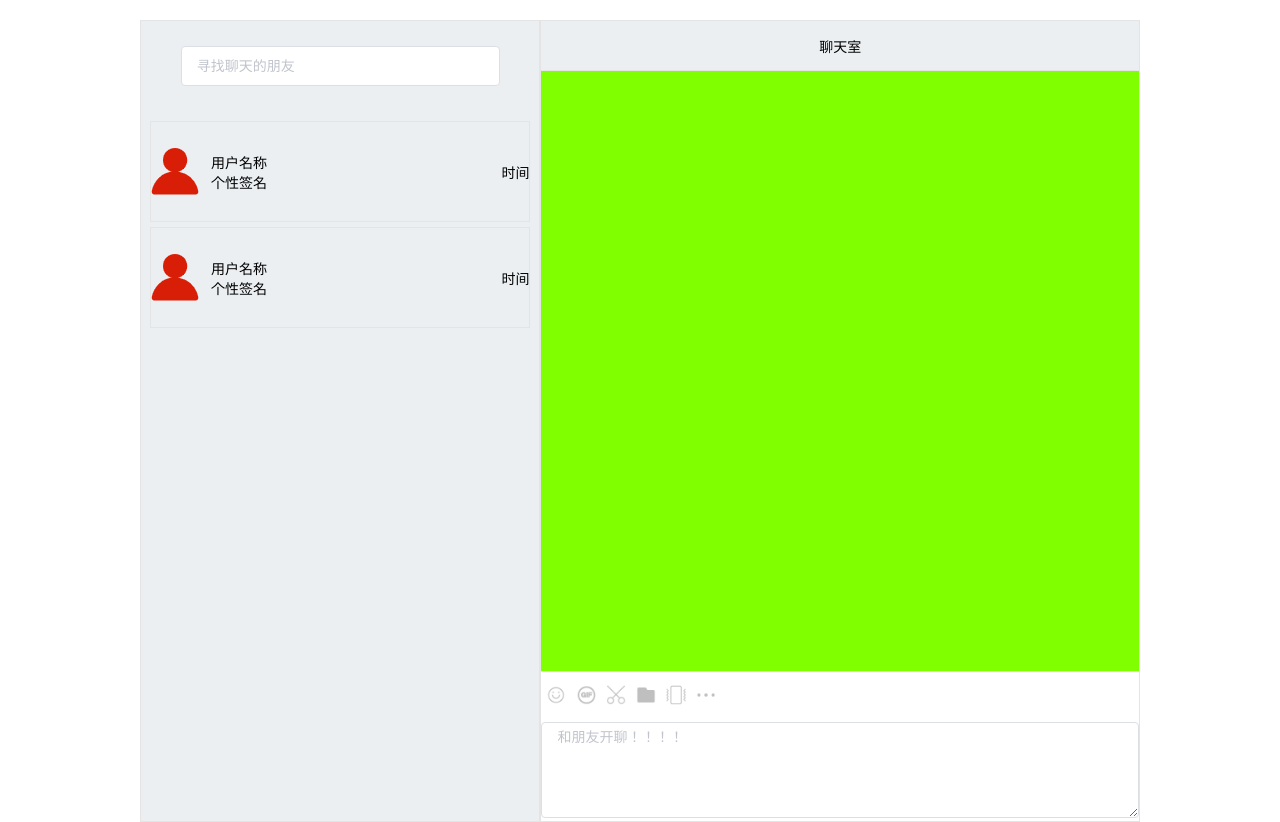
Repository: jinggegeZ/livechat
Page: /
These files come from the project's save history. The page is drawn as it stood at one moment and after the next save; the edit follows.
The browser window is 1280 px wide. The pictures show the whole page.
The project was rebuilt for these pictures with package versions that can differ from the ones it lists, and the page was loaded fresh each time.

Above is the page before, as saved 2020-08-17 13:12:43.

### src/main.js
import Vue from 'vue'
import App from './App.vue'
import router from './router'
import store from './store'
import ElementUI from 'element-ui';
import 'element-ui/lib/theme-chalk/index.css';

Vue.config.productionTip = false
Vue.use(ElementUI);
new Vue({
  router,
  store,
  render: h => h(App)

}).$mount('#app')

### src/App.vue
<template>
  <div id="app">

    <router-view/>
  </div>
</template>

<style lang="scss">
*{
  margin: 0;
  padding: 0;
}
</style>

### src/views/Home.vue
<template>
  <div class="content">
    <div class="content-c">
      <div class="box">
        <!-- 用户信息 -->
        <div class="box1">
          <!-- 搜索用户名字 -->
          <div class="boxsearch">
          <div class="boxsearch1"><el-input v-model="input" placeholder="寻找聊天的朋友"></el-input></div>
          </div>
          <!-- 信息盒子 -->
          <div class="msgbox">
            <div class="box1-1">
              <div class="box1-1-1">
                <!-- 头像 -->
                <div class="img">
                  <img src="../../public/image/active-my.png" alt />
                </div>
                <!-- 用户信息 -->
                <div>
                  <div>用户名称</div>
                  <div>个性签名</div>
                </div>
              </div>
              <!-- 时间 -->
              <div>时间</div>
            </div>
          </div>
           <div class="msgbox">
            <div class="box1-1">
              <div class="box1-1-1">
                <!-- 头像 -->
                <div class="img">
                  <img src="../../public/image/active-my.png" alt />
                </div>
                <!-- 用户信息 -->
                <div>
                  <div>用户名称</div>
                  <div>个性签名</div>
                </div>
              </div>
              <!-- 时间 -->
              <div>时间</div>
            </div>
          </div>
        </div>
        <!-- 聊天信息 -->
        <div class="box2">
          <div class="box2-1">
            <div class="box2-1-top">聊天室</div>
            <div class="box2-1-body"></div>
          </div>
          <div class="box2-2">
            <div class="box2-2-1">
              <div>
                <img class="img1" src="../../public/image/small.png" alt />
              </div>
              <div>
                <img class="img1" src="../../public/image/GIF.png" alt />
              </div>
              <div>
                <img class="img1" src="../../public/image/chose.png" alt />
              </div>
              <div>
                <img class="img1" src="../../public/image/word.png" alt />
              </div>
              <div>
                <img class="img1" src="../../public/image/move.png" alt />
              </div>
              <div>
                <img class="img1" src="../../public/image/more.png" alt />
              </div>
            </div>
            <div class="box2-2-2">
              <el-input
                type="textarea"
                v-model="textarea"
                placeholder="和朋友开聊！！！！"
                :autosize="{ minRows: 4, maxRows: 8}"
              ></el-input>
            </div>
          </div>
        </div>
      </div>
    </div>
  </div>
</template>

<script>
export default {
  name: "",
  props: {},
  components: {},
  data() {
    return {
      input: "",
      textarea: "",
    };
  },
  methods: {},
  mounted() {},
  watch: {},
  computed: {},
};
</script>

<style scoped lang='scss'>
.content {
  width: 100%;
  display: flex;
  justify-content: center;
  font-size: 14px;
}
.content-c {
  width: 95%;
  display: flex;
  justify-content: center;
  align-items: center;
}
.box {
  width: 1000px;
  height: 800px;
  background: white;
  display: flex;
  margin-top: 20px;

}
.box1 {
  flex: 4;
  height: 100%;
  border: 1px solid rgb(228, 228, 228);
  background: rgb(235,239,242);
}
.boxsearch {
  width: 100%;
  height: 100px;
  display: flex;
  justify-content: center;
  align-items: center;
  background: rgb(235,239,242);
}
.boxsearch1 {
  width: 80%;
  height: 50px;
}
.msgbox {
  display: flex;
  justify-content: center;
  margin-bottom: 5px;
}
.box1-1 {
  width: 95%;
  height: 99px;
  border: 1px solid rgb(228, 228, 228);
  display: flex;
  align-items: center;
  justify-content: space-between;
}
.box1-1-1 {
  display: flex;
  align-items: center;
  height: 100%;
}
.img {
  width: 50px;
  height: 50px;
  border-radius: 50%;
  margin-right: 10px;
}
.img1 {
  width: 20px;
  height: 20px;
  margin: 5px;
}
.box2 {
  flex: 6;
  height: 100%;
  position: relative;
  border: 1px solid rgb(228, 228, 228);
}
.box2-2 {
  position: absolute;
  bottom: 0;
  width: 100%;
  height: 149px;
  z-index: 1;
  border-top: 1px solid rgb(228, 228, 228);
}
.box2-1-top {
  width: 100%;
  height: 49px;
  border-bottom: 1px solid rgb(228, 228, 228);
  display: flex;
  justify-content: center;
  align-items: center;
  background: rgb(235, 239, 242);
}
.box2-1-body {
  width: 100%;
  height: 600px;
  background: chartreuse;
}
.box2-2-1 {
  width: 100%;
  height: 50px;
  display: flex;
  align-items: center;
}
.box2-2-2 {
  width: 100%;
  height: 100px;
}
</style>

Loaded but not shown: public/index.html (common file); src/router/index.js (common file); src/store/index.js (common file)

After the next save:
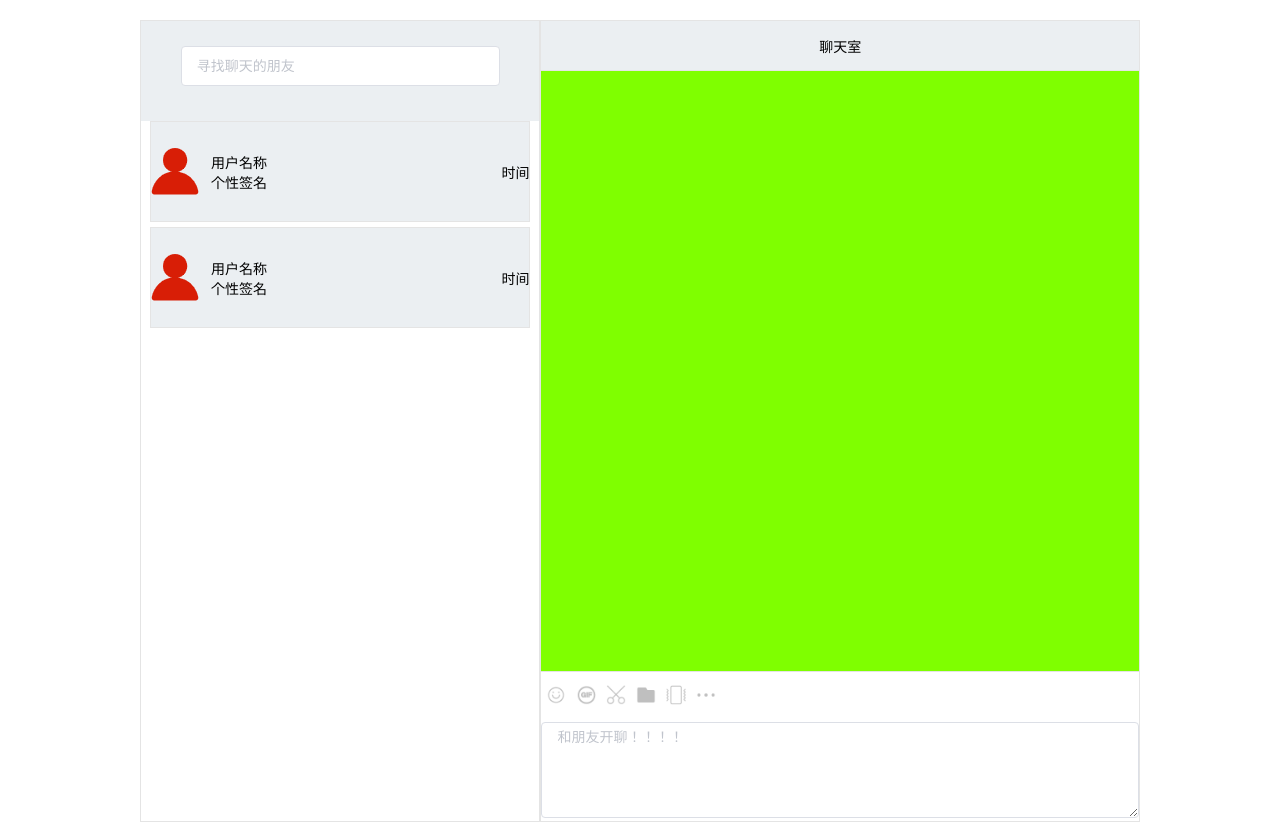
Saved 23 s later.
--- a/src/views/Home.vue
+++ b/src/views/Home.vue
@@ -129,7 +129,7 @@ export default {
   flex: 4;
   height: 100%;
   border: 1px solid rgb(228, 228, 228);
-  background: rgb(235,239,242);
+
 }
 .boxsearch {
   width: 100%;
@@ -155,6 +155,7 @@ export default {
   display: flex;
   align-items: center;
   justify-content: space-between;
+  background: rgb(235,239,242);
 }
 .box1-1-1 {
   display: flex;
